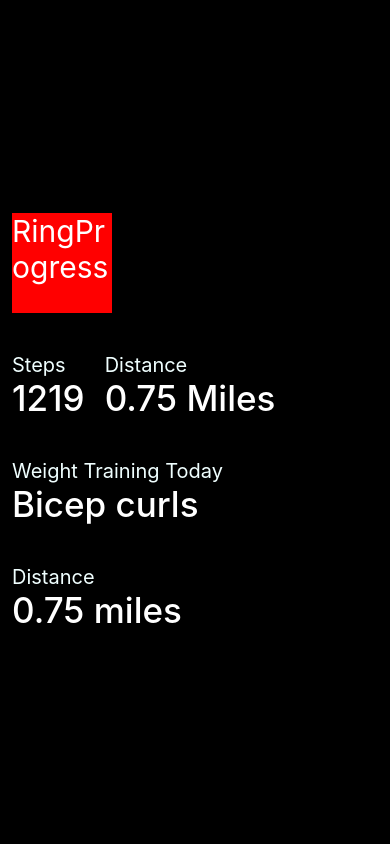
Repository: JamesPesenti/JiMTracker
Screen: /
These files come from the project's save history. The screen is drawn as it stood at one moment and after the next save; the edit follows.
The app was drawn by React Native's web renderer in a window 390 px wide. The project was rebuilt for these pictures with package versions that can differ from the ones it lists, and the page was loaded fresh each time.

Above is the screen before, as saved 2023-06-16 13:30:23.

### App.tsx
import { StatusBar } from 'expo-status-bar';
import { StyleSheet, Text, View } from 'react-native';
import Value from "./src/components/Value"
import RingProgress from './src/components/RingProgress';



export default function App() {
  return (
    <View style={styles.container}>
       <RingProgress />
       <View style={{flexDirection: "row", gap: 20}}>
          <Value label="Steps" value="1219" />
          <Value label="Distance" value="0.75 Miles" />
       </View>
          {/* Training */}
           <View>
              <Text style={styles.label}>Weight Training Today</Text>
              <Text style={styles.amount}>Bicep curls</Text>
           </View>

        <View style={{flexDirection: 'row'}}>
          {/* new */}
          <View>
              <Text style={styles.label}>Distance</Text>
              <Text style={styles.amount}>0.75 miles</Text>
          </View>
        </View>
      <StatusBar style="auto" />
    </View>
  );
}

const styles = StyleSheet.create({
  container: {
    flex: 1,
    backgroundColor: 'black',
    justifyContent: 'center',
    padding: 12,
    marginHorizontal: 0,
    gap: 40,
  },
  label: {
    color: "azure",
    fontSize: 20,
  },
  amount: {
    color: "white",
    fontSize: 35,
    fontWeight: "500"
  }
});

### src/components/Value.tsx
import { StyleSheet, Text, View } from 'react-native';

type ValueProps = {
  label: string;
  value: string;
}

const Value = ({ label, value }: ValueProps) => {
  return (
    <>
     <View>
      <Text style={styles.label}>{label}</Text>
      <Text style={styles.amount}>{value}</Text>
     </View>
    </>
  )
}

export default Value

const styles = StyleSheet.create({
   label: {
      color: "azure",
      fontSize: 20,
    },
    amount: {
      color: "white",
      fontSize: 35,
      fontWeight: "500"
    }
})

### src/components/RingProgress.tsx
import { StyleSheet, Text, View } from 'react-native'
import React from 'react'

type RingProgressProps = {
   radius?: number;

}

const RingProgress = ({radius = 50}: RingProgressProps) => {
  return (
    <View
      style={{width: radius * 2, height: radius * 2, backgroundColor: "red"}}
   >
      <Text style={{fontSize: 30, color: "white"}}>RingProgress</Text>
    </View>
  )
}

export default RingProgress

const styles = StyleSheet.create({})

After the next save:
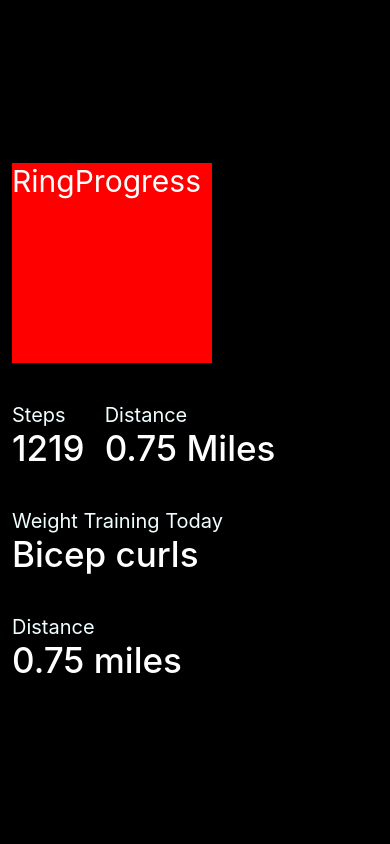
Saved 28 s later.
--- a/src/components/RingProgress.tsx
+++ b/src/components/RingProgress.tsx
@@ -6,7 +6,7 @@ type RingProgressProps = {
 
 }
 
-const RingProgress = ({radius = 50}: RingProgressProps) => {
+const RingProgress = ({radius = 100}: RingProgressProps) => {
   return (
     <View
       style={{width: radius * 2, height: radius * 2, backgroundColor: "red"}}
